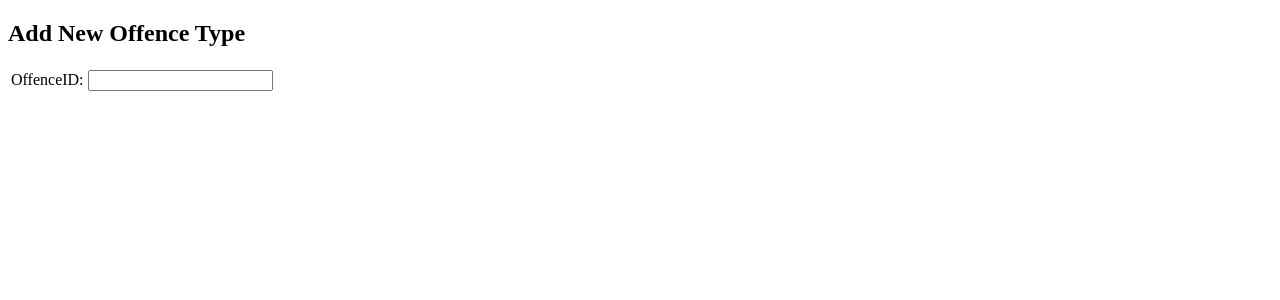
Repository: saurabhaahujaa/learning-java-springboot
Page: workspace/SpringWS/Lesson06-UI-Spring-ORM/WebContent/AddNewOffenceType.html
These files come from the project's save history. The page is drawn as it stood at one moment and after the next save; the edit follows.
The browser window is 1280 px wide. The pictures show the whole page.

Above is the page before, as saved 2023-03-29 05:00:38.

### workspace/SpringWS/Lesson06-UI-Spring-ORM/WebContent/AddNewOffenceType.html
<!DOCTYPE html>
<html>
<head>
<meta charset="UTF-8">
<title>Insert title here</title>
</head>
<body>
	<h2>Add New Offence Type</h2>
	<table>
	<tr>
		<td>OffenceID: </td>
		<td><input type="text" name="offenceType"/></td>

	</table>
</body>
</html>

After the next save:
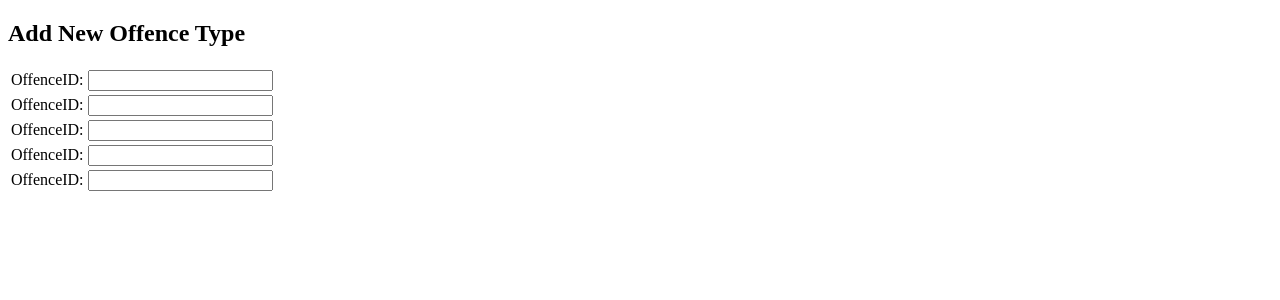
Saved 21 s later.
--- a/workspace/SpringWS/Lesson06-UI-Spring-ORM/WebContent/AddNewOffenceType.html
+++ b/workspace/SpringWS/Lesson06-UI-Spring-ORM/WebContent/AddNewOffenceType.html
@@ -7,10 +7,26 @@
 <body>
 	<h2>Add New Offence Type</h2>
 	<table>
-	<tr>
-		<td>OffenceID: </td>
-		<td><input type="text" name="offenceType"/></td>
-
+		<tr>
+			<td>OffenceID: </td>
+			<td><input type="text" name="offenceType"/></td>
+		</tr>
+				<tr>
+			<td>OffenceID: </td>
+			<td><input type="text" name="offenceType"/></td>
+		</tr>
+				<tr>
+			<td>OffenceID: </td>
+			<td><input type="text" name="offenceType"/></td>
+		</tr>
+				<tr>
+			<td>OffenceID: </td>
+			<td><input type="text" name="offenceType"/></td>
+		</tr>
+				<tr>
+			<td>OffenceID: </td>
+			<td><input type="text" name="offenceType"/></td>
+		</tr>
 	</table>
 </body>
 </html>
